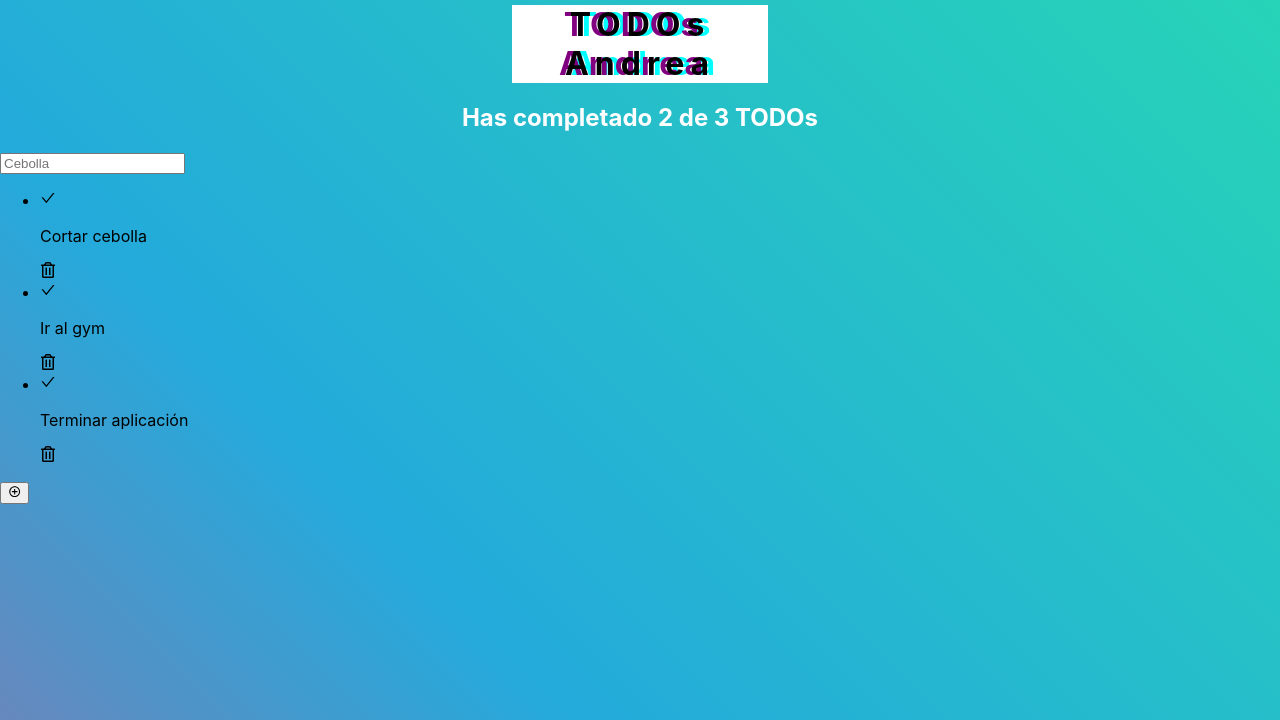
Repository: Pandrea-hub/TODOs
Page: /
An editor plug-in stored every save of this project. The page is shown before and after the next save, followed by the edit.
The browser window is 1280 px wide. The pictures show the whole page.
The pointer rests on the first visible `.title h1`.
The project was rebuilt for these pictures with package versions that can differ from the ones it lists, and the page was loaded fresh each time. Also part of the build but not shown: src/TodoItem.css.

Above is the page before, as saved 2022-06-07 09:16:52.

After the next save:
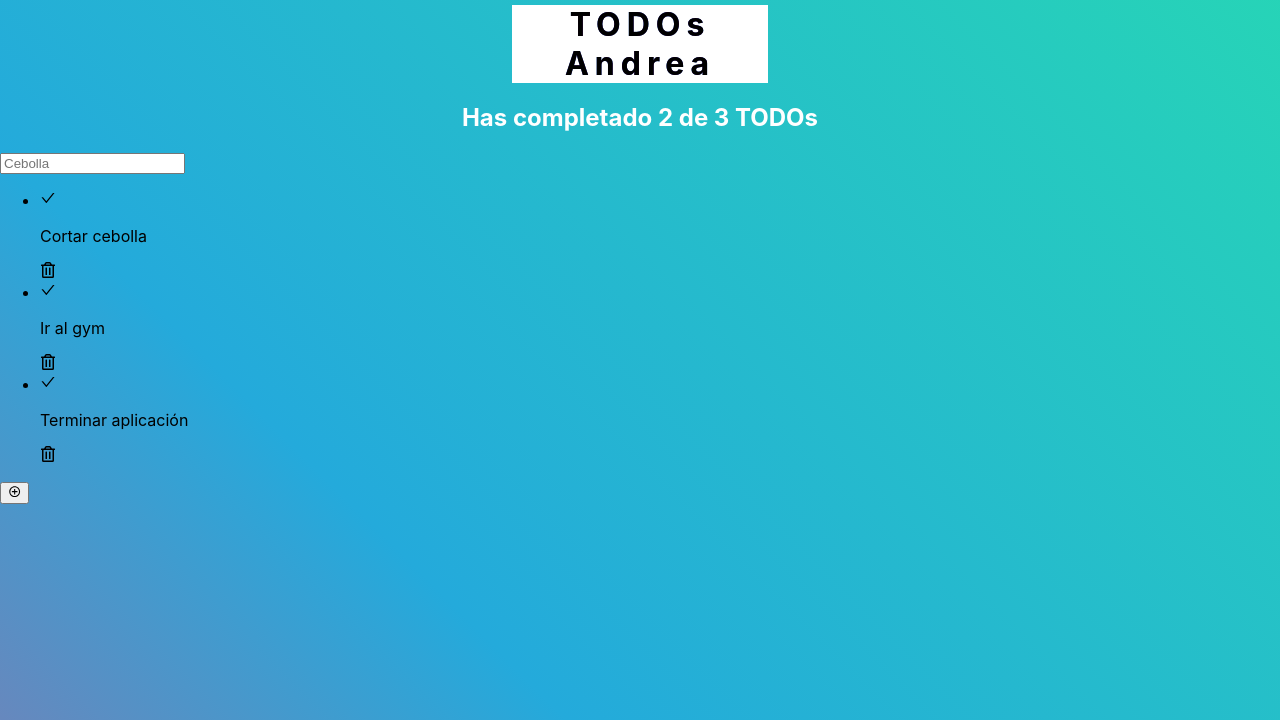
Saved 12 s later.
--- a/src/TodoCounter.css
+++ b/src/TodoCounter.css
@@ -12,7 +12,3 @@
     text-shadow: purple 0 0, cyan 0 0;
     transition: text-shadow 200ms;
 }
-
-.title h1:hover{
-    text-shadow: purple -6px 0, cyan 6px 0;
-}
